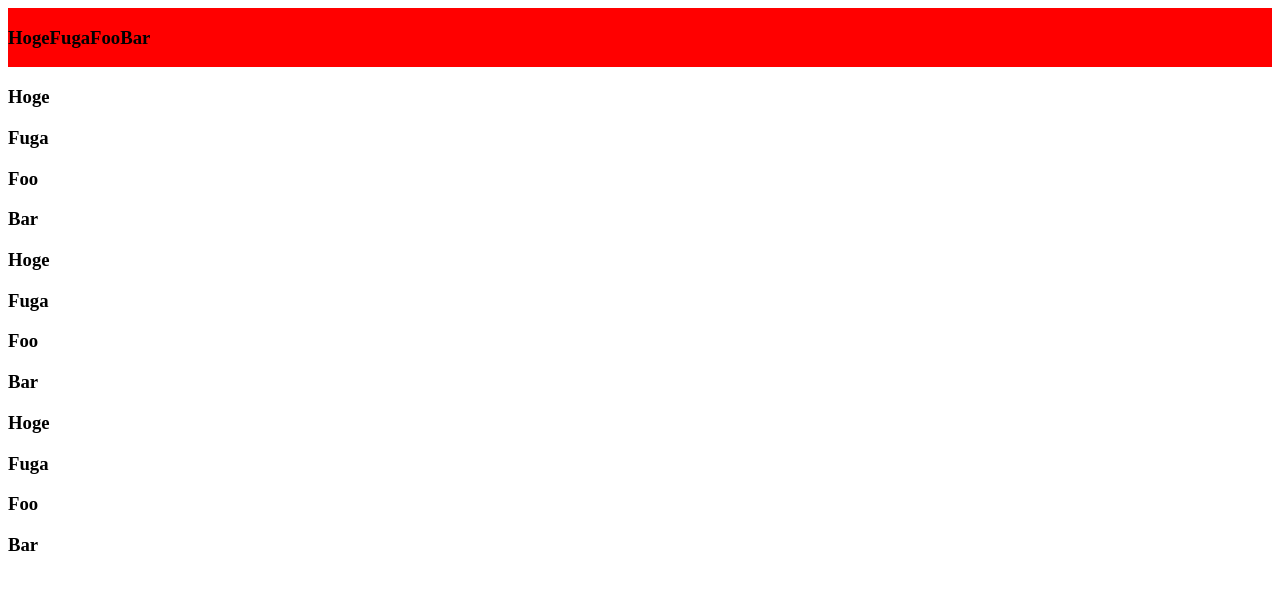
Repository: TakashiYamaguchi2021/samurai_HTML-CSS
Page: flexbox.html
The author's editor kept a record of every edit. The page is drawn from the files as they stood at one moment, then again after the next edit.
The browser window is 1280 px wide. The pictures show the whole page.

Above is the page before.

### flexbox.html
<html lang="ja">
    <head>
        <style>
            #no-wrap {
                display: flex;
                flex-wrap: wrap;
                background-color: red;
            }
            #wrap {
                display: flex;
                flex-wrap: wrap;
                background-color: yellow;
            }
            #wrap-reverse {
                display: flex;
                flex-wrap: wrap-reverse;
                background-color: blue;
            }
        </style>
    </head>
    <body>
        <div id="no-wrap">
            <h3>Hoge</h3>
            <h3>Fuga</h3>
            <h3>Foo</h3>
            <h3>Bar</h3>
        </div>
        <div id="reverse">
            <h3>Hoge</h3>
            <h3>Fuga</h3>
            <h3>Foo</h3>
            <h3>Bar</h3>
        </div>
        <div id="column">
            <h3>Hoge</h3>
            <h3>Fuga</h3>
            <h3>Foo</h3>
            <h3>Bar</h3>
        <div id="column-reverse">
            <h3>Hoge</h3>
            <h3>Fuga</h3>
            <h3>Foo</h3>
            <h3>Bar</h3>
        </div>
    </body>
</html>

After the next edit:
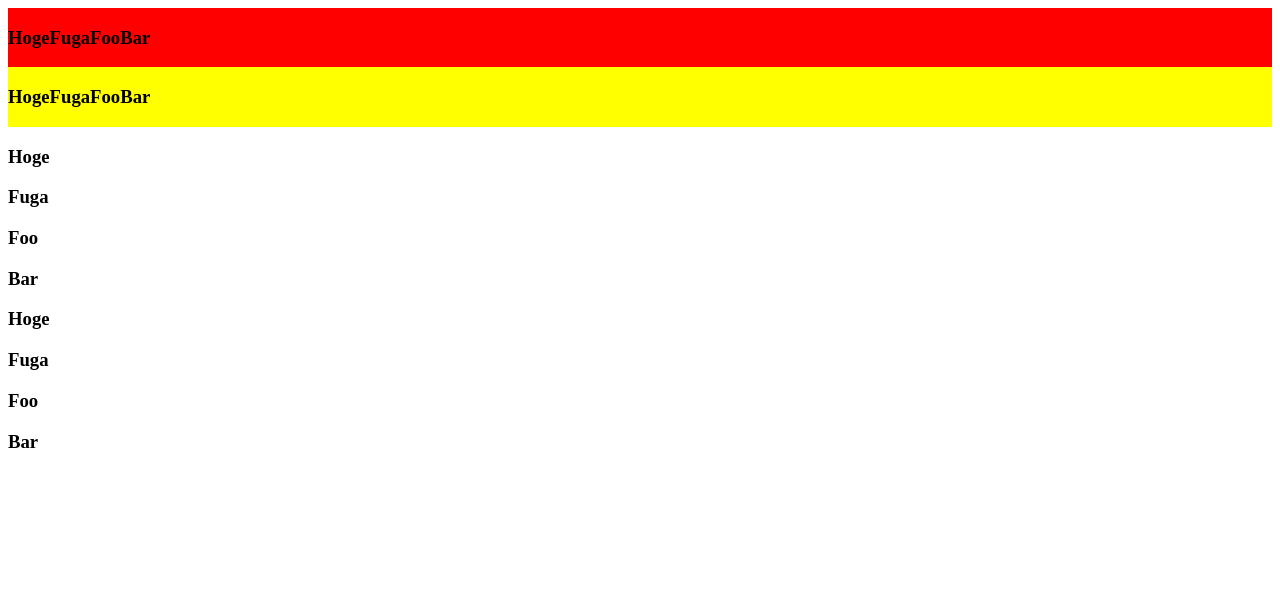
The edit:
--- a/flexbox.html
+++ b/flexbox.html
@@ -25,7 +25,7 @@
             <h3>Foo</h3>
             <h3>Bar</h3>
         </div>
-        <div id="reverse">
+        <div id="wrap">
             <h3>Hoge</h3>
             <h3>Fuga</h3>
             <h3>Foo</h3>
